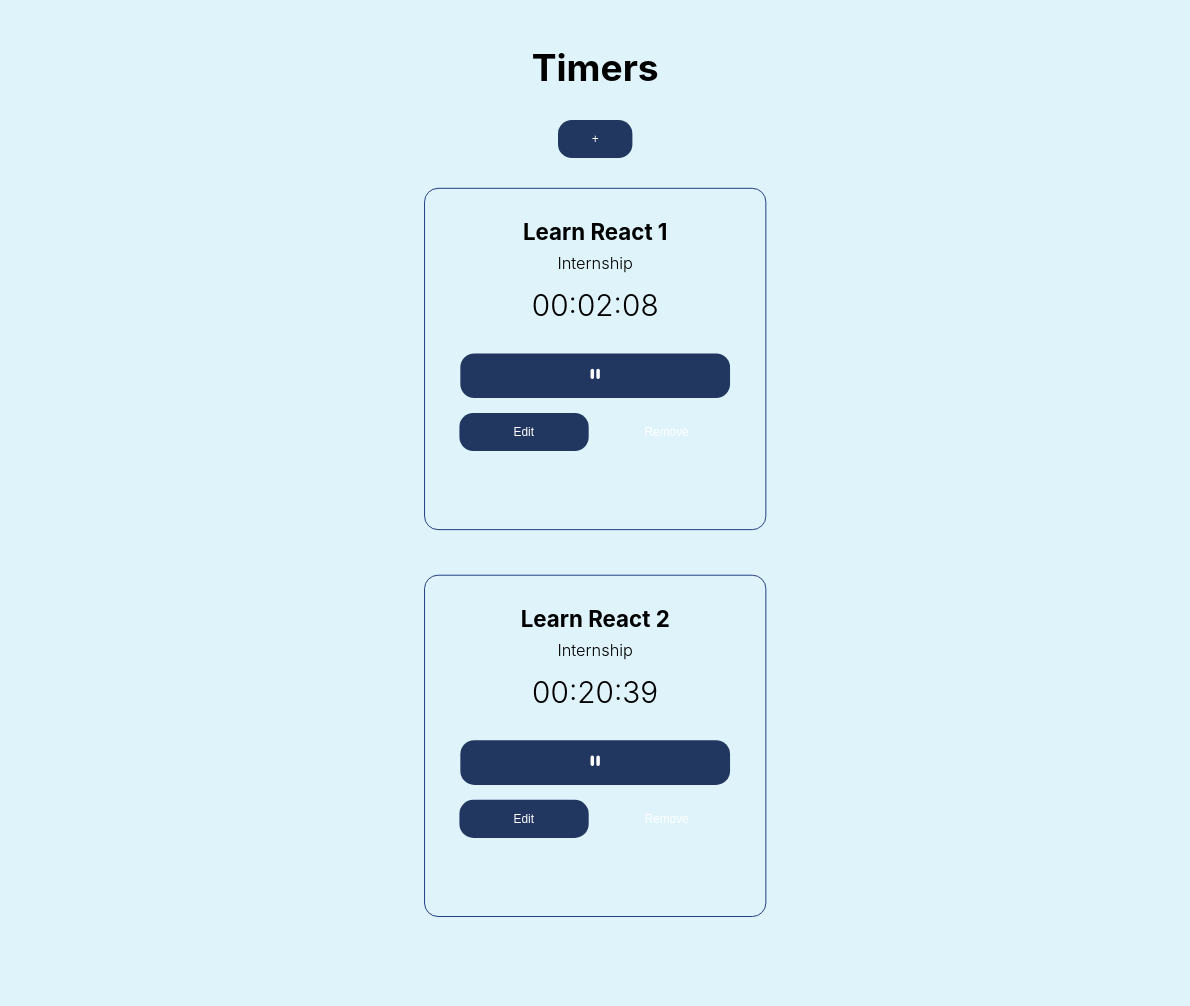
Repository: dqhuy153/react-timer
Page: /
The author's editor kept a copy of each file at every save. The page is drawn from the files as they stood at one save, then again after the next save.
The browser window is 1280 px wide. The pictures show the whole page, at 93% of full size.
The project was rebuilt for these pictures with package versions that can differ from the ones it lists, and the page was loaded fresh each time. Also part of the build but not shown: src/components/TimerForm/TimerForm.module.scss, src/components/TimerForm/index.jsx.

Above is the page before, as saved 2021-10-26 17:56:14.

### src/index.css
* {
  padding: 0;
  margin: 0;
  box-sizing: border-box;
}

body {
  margin: 0;
  font-family: -apple-system, BlinkMacSystemFont, 'Segoe UI', 'Roboto', 'Oxygen',
    'Ubuntu', 'Cantarell', 'Fira Sans', 'Droid Sans', 'Helvetica Neue',
    sans-serif;
  -webkit-font-smoothing: antialiased;
  -moz-osx-font-smoothing: grayscale;

  font-size: 62.5%;
}

code {
  font-family: source-code-pro, Menlo, Monaco, Consolas, 'Courier New',
    monospace;
}

### src/App.js
import { useEffect, useRef, useState } from 'react';
import './App.scss';

import EditableTimerForm from './components/EditableTimerForm';
import ToggleableTimerForm from './components/ToggeableTimerForm';
import { newTimer } from './utils/TimerUtils';

function App() {
  const timerRef = useRef();
  const [timers, setTimers] = useState([
    {
      id: 1,
      title: 'Learn React 1',
      project: 'Internship',
      time: 123454,
      isRunning: true,
    },
    {
      id: 2,
      title: 'Learn React 2',
      project: 'Internship',
      time: 1234545,
      isRunning: true,
    },
  ]);

  const handleUpdateTimer = (data) => {
    let newTimers;

    //if has no id, create a new one
    if (!data.id) {
      newTimers = [
        newTimer({
          title: data.title,
          project: data.project,
        }),
        ...timers,
      ];
    }
    //update existing timer
    else {
      newTimers = timers.map((timer, idx) => {
        if (timer.id === data.id) {
          return {
            ...timer,
            title: data.title,
            project: data.project,
          };
        }

        return timer;
      });
    }

    setTimers(newTimers);
  };

  useEffect(() => {
    clearTimeout(timerRef.current);

    timerRef.current = setTimeout(() => {
      const newTimers = timers.map((timer, idx) => {
        if (timer.isRunning)
          return {
            ...timer,
            time: timer.time + 1000,
          };

        return timer;
      });

      setTimers(newTimers);
    }, 1000);
  }, [timers]);

  return (
    <div className="App">
      <div className="body">
        <h1>Timers</h1>

        <ToggleableTimerForm onUpdate={handleUpdateTimer} />

        {timers.map((timer) => {
          return (
            <EditableTimerForm
              key={timer.id}
              id={timer.id}
              title={timer.title}
              project={timer.project}
              timer={timer.time}
              isRunning={timer.isRunning}
            />
          );
        })}
      </div>
    </div>
  );
}

export default App;

### src/App.scss
.App {
  background: #def4fa;
}

.body {
  display: flex;
  justify-content: flex-start;
  align-items: center;
  flex-direction: column;
  padding: 3rem 0;
  height: 100%;

  h1 {
    font-size: 2.5rem;
  }
}

### src/components/EditableTimerForm/index.jsx
import React, { useState } from 'react';
import Timer from '../Timer';
import TimerForm from '../TimerForm';

import styles from './EditableTimerForm.module.scss';

const EditableTimerForm = ({
  id,
  title,
  project,
  timer,
  isRunning,
  onUpdate,
  onRemove,
  onTimerClick,
}) => {
  const [isEdit, setIsEdit] = useState(false);

  const handleOpenEdit = () => {
    setIsEdit(true);
  };

  const handleCloseEdit = () => {
    setIsEdit(false);
  };

  const handleUpdate = (data) => {
    onUpdate(data);
    handleOpenEdit();
  };

  const content = isEdit ? (
    <TimerForm
      id={id}
      title={title}
      project={project}
      timer={timer}
      onCancel={handleCloseEdit}
      onUpdate={handleUpdate}
    />
  ) : (
    <Timer
      id={id}
      title={title}
      project={project}
      timer={timer}
      isRunning={isRunning}
      onEdit={handleOpenEdit}
      onRemove={onRemove}
      onTimerClick={onTimerClick}
    />
  );

  return <div className={styles.container}>{content}</div>;
};

export default EditableTimerForm;

### src/components/ToggeableTimerForm/index.jsx
import { useState } from 'react';
import Button from '../Button';
import TimerForm from '../TimerForm';

import styles from './ToggleableTimerForm.module.scss';

const ToggleableTimerForm = ({ onUpdate, ...props }) => {
  const [isOpen, setIsOpen] = useState(false);

  const handleOpenForm = () => {
    setIsOpen(true);
  };

  const handleCloseForm = () => {
    setIsOpen(false);
  };

  const handleUpdate = (data) => {
    onUpdate(data);
    handleCloseForm();
  };

  const content = isOpen ? (
    <TimerForm onCancel={handleCloseForm} onUpdate={handleUpdate} />
  ) : (
    <Button onClick={handleOpenForm}>+</Button>
  );

  return <div className={styles.container}>{content}</div>;
};

export default ToggleableTimerForm;

### src/utils/TimerUtils.js
import { v4 as uuidv4 } from 'uuid';

export const millisecondsToHuman = (ms) => {
  const seconds = Math.floor((ms / 1000) % 60);
  const minutes = Math.floor((ms / 1000 / 60) % 60);
  const hours = Math.floor(ms / 1000 / 60 / 60);

  const humanized = [
    pad(hours.toString(), 2),
    pad(minutes.toString(), 2),
    pad(seconds.toString(), 2),
  ].join(':');

  return humanized;
};

const pad = (numberString, size) => {
  let padded = numberString;
  while (padded.length < size) {
    padded = `0${padded}`;
  }
  return padded;
};

export const newTimer = (attrs = {}) => {
  const timer = {
    title: attrs.title || 'Timer',
    project: attrs.project || 'Project',
    id: uuidv4(),
    time: 0,
    isRunning: false,
  };

  return timer;
};

### src/components/Timer/index.jsx
import React from 'react';
import { BsPauseFill, BsPlayFill } from 'react-icons/bs';

import { millisecondsToHuman } from '../../utils/TimerUtils';
import Button from '../Button';
import styles from './Timer.module.scss';

const Timer = ({
  title,
  project,
  timer,
  isRunning,
  onEdit,
  onRemove,
  onTimerClick,
}) => {
  const buttonLabel = isRunning ? (
    <BsPauseFill size={20} />
  ) : (
    <BsPlayFill size={20} />
  );

  return (
    <div className={styles.container}>
      <h2>{title}</h2>
      <p>{project}</p>
      <p className={styles.timer}>{millisecondsToHuman(timer)}</p>
      <Button className={styles.timer_btn} onClick={onTimerClick}>
        {buttonLabel}
      </Button>
      <div className={styles.btn_container}>
        <Button className={styles.btn} onClick={onEdit}>
          Edit
        </Button>
        <Button className={styles.btn} bgColor="#" onClick={onRemove}>
          Remove
        </Button>
      </div>
    </div>
  );
};

export default Timer;

### src/components/EditableTimerForm/EditableTimerForm.module.scss
.container {
  transition: all 0.2s linear;
  border: 1px solid #1b3179;
  padding: 2rem;
  border-radius: 15px;
  width: 23rem;
  height: 23rem;
  margin-bottom: 3rem;

  &:hover {
    box-shadow: rgba(100, 100, 111, 0.2) 0px 7px 29px 0px;
    background: #ffffff7e;
    border: none;
  }
}

### src/components/Button/index.jsx
import React from 'react';

import styles from './Button.module.scss';

const Button = ({
  children,
  onClick,
  className,
  bgColor = '#22375f',
  color = '#fff',
  hoverColor = '#22375f',
  hoverBgColor = '#fff',
  ...rest
}) => {
  return (
    <button
      style={{
        '--bg-color': bgColor,
        '--color': color,
        '--hover-color': hoverColor,
        '--hover-bg-color': hoverBgColor,
      }}
      className={`${styles.container} ${className}`}
      onClick={onClick}
      children={children}
      {...rest}
    ></button>
  );
};

export default Button;

### src/components/ToggeableTimerForm/ToggleableTimerForm.module.scss
.container {
  margin: 2rem;
}

### src/components/Timer/Timer.module.scss
.container {
  text-align: center;

  h2 {
    font-size: 1.5rem;
    margin-bottom: 0.5rem;
  }
  p {
    font-size: 1.1rem;
    font-weight: 300;
    margin-bottom: 1rem;
  }

  .timer {
    font-size: 2rem;
  }

  .btn_container {
    display: flex;
    justify-content: space-between;

    .btn {
      margin: 0 0.3rem;
      width: 46%;
    }
  }

  .timer_btn {
    width: 96%;
    margin: 1rem auto;
  }
}

### src/components/Button/Button.module.scss
.container {
  padding: 0.8rem 2rem;
  min-width: 5rem;
  border: none;
  color: var(--color);
  border-radius: 15px;
  background: var(--bg-color);
  font-size: 0.8rem;
  cursor: pointer;
  transition: all 0.2s linear;

  &:hover {
    box-shadow: rgba(100, 100, 111, 0.3) 0px 7px 29px 0px;
    background: var(--hover-bg-color);
    color: var(--hover-color);
    font-weight: bold;
  }

  &:active {
    transform: translateY(2px);
  }
}

Loaded but not shown: public/index.html (common file); src/index.js (common file); src/reportWebVitals.js (common file)

After the next save:
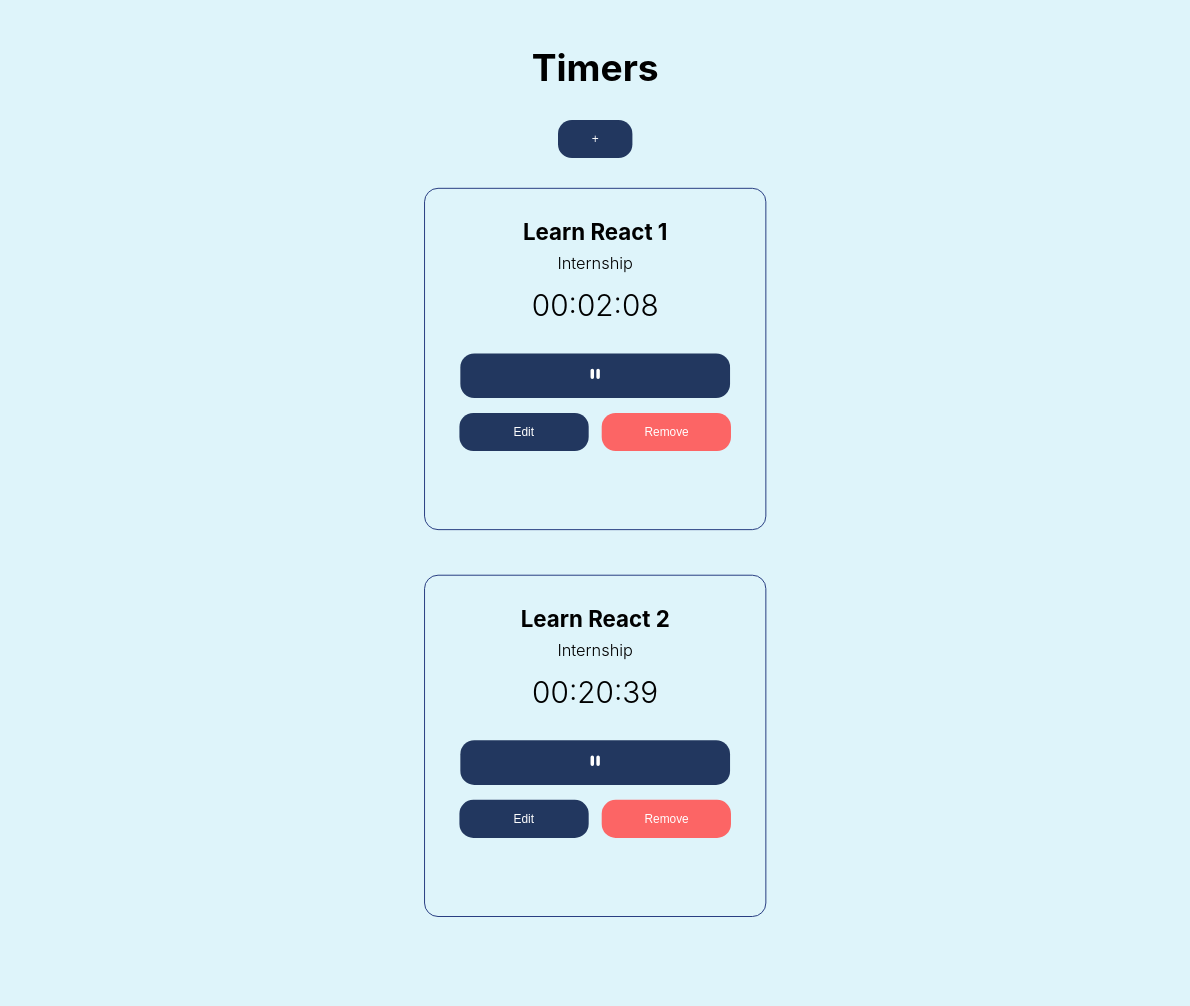
Saved 33 s later.
--- a/src/components/Timer/index.jsx
+++ b/src/components/Timer/index.jsx
@@ -32,7 +32,7 @@ const Timer = ({
         <Button className={styles.btn} onClick={onEdit}>
           Edit
         </Button>
-        <Button className={styles.btn} bgColor="#" onClick={onRemove}>
+        <Button className={styles.btn} bgColor="#fc6565" onClick={onRemove}>
           Remove
         </Button>
       </div>
